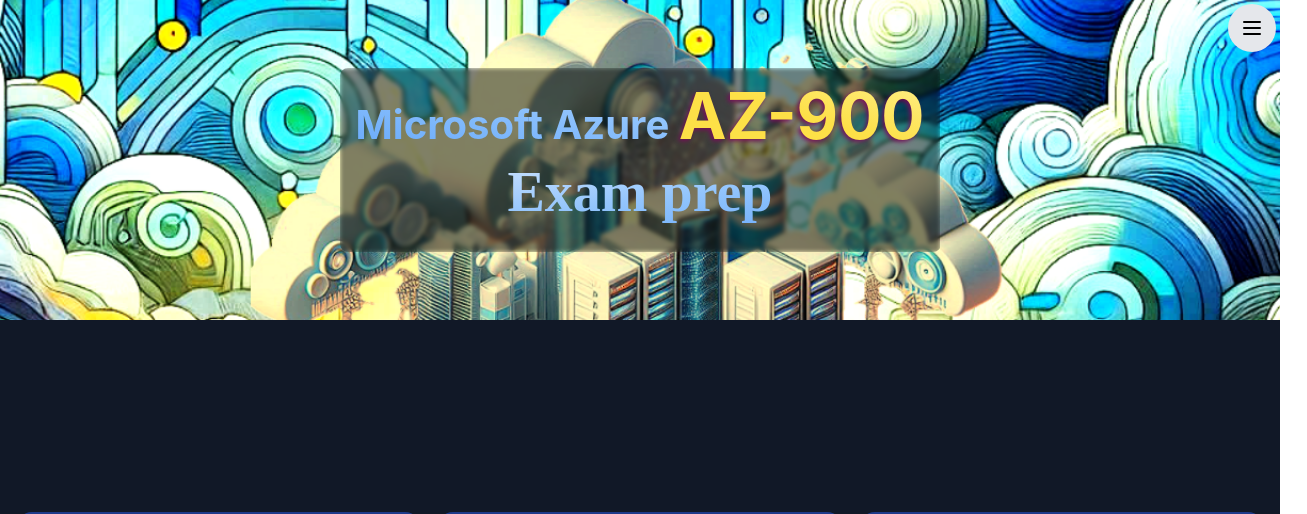
Repository: Freezler/az-900_svelte5
Page: /
These files come from the project's save history. The page is drawn as it stood at one moment and after the next save; the edit follows.
The browser window is 1280 px wide. The page is 1280 px wide, then 1307 px, then 1280 px, so the pictures cover 1307 px, including what lies to the right of the window. The pictures show the part of the page from y = 0 to 514 px (the page is 1870 px tall).
Pictures or frames that could not be fetched are drawn as grey boxes. The project was rebuilt for these pictures with package versions that can differ from the ones it lists, and the page was loaded fresh each time. The framework's server and built-in components were replaced by stand-ins that run in the browser. Also part of the build but not shown: vite.config.ts.

Above is the page before, as saved 2024-11-06 17:47:46.

After the next save:
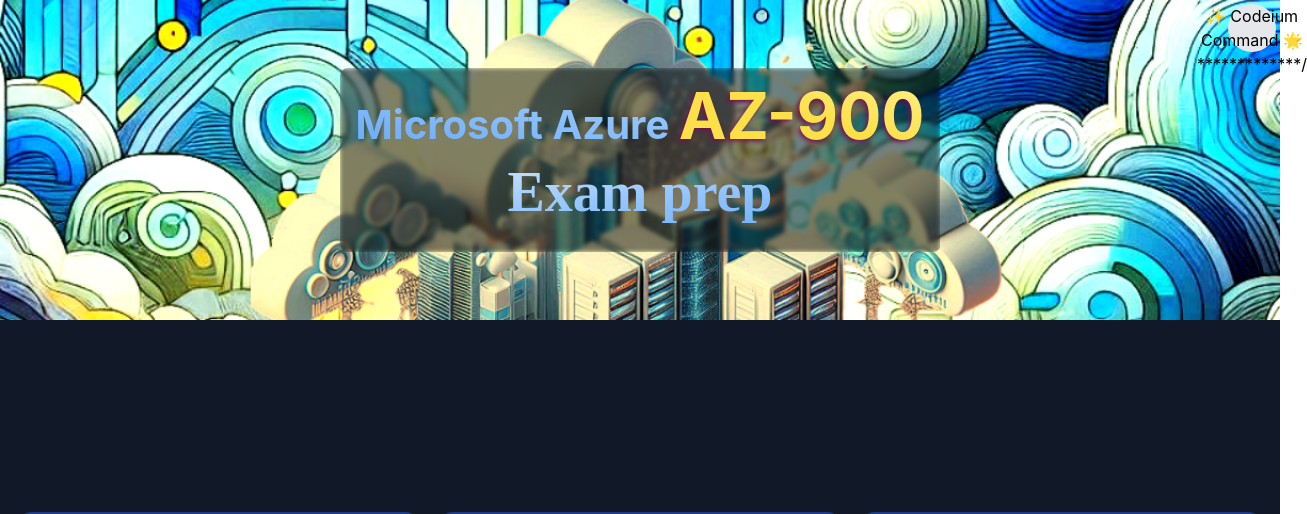
Saved 20 s later.
--- a/src/components/Popover.svelte
+++ b/src/components/Popover.svelte
@@ -11,7 +11,10 @@
 </script>
 
 <button on:click={() => showMenu = !showMenu} class="flex absolute top-1 right-1 visible items-center justify-center w-12 h-12 bg-gray-200 rounded-full">
+/*************  ✨ Codeium Command 🌟  *************/
+	<svg xmlns="http://www.w3.org/2000/svg" class="h-6 w-6" fill="none" viewBox="0 0 24 24" stroke="currentColor" in:receive={({ node, params }) => receiveTransition(node, { ...params, key: params.key })} out:send>
 	<svg xmlns="http://www.w3.org/2000/svg" class="h-6 w-6" fill="none" viewBox="0 0 24 24" stroke="currentColor" in:receive={receiveTransition} out:send>
+/******  31888cdf-af2f-440b-bda9-b81ce28a063a  *******/
 		{#if showMenu}
 			<path
 				key="close"

After the save that followed:
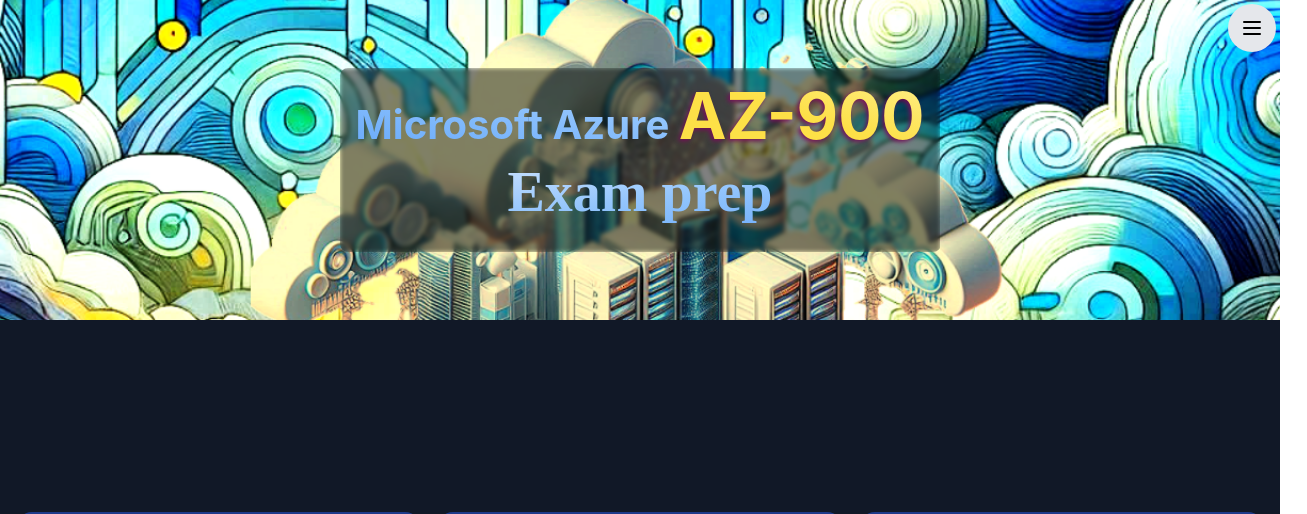
Saved 4 s later.
--- a/src/components/Popover.svelte
+++ b/src/components/Popover.svelte
@@ -11,10 +11,7 @@
 </script>
 
 <button on:click={() => showMenu = !showMenu} class="flex absolute top-1 right-1 visible items-center justify-center w-12 h-12 bg-gray-200 rounded-full">
-/*************  ✨ Codeium Command 🌟  *************/
 	<svg xmlns="http://www.w3.org/2000/svg" class="h-6 w-6" fill="none" viewBox="0 0 24 24" stroke="currentColor" in:receive={({ node, params }) => receiveTransition(node, { ...params, key: params.key })} out:send>
-	<svg xmlns="http://www.w3.org/2000/svg" class="h-6 w-6" fill="none" viewBox="0 0 24 24" stroke="currentColor" in:receive={receiveTransition} out:send>
-/******  31888cdf-af2f-440b-bda9-b81ce28a063a  *******/
 		{#if showMenu}
 			<path
 				key="close"
